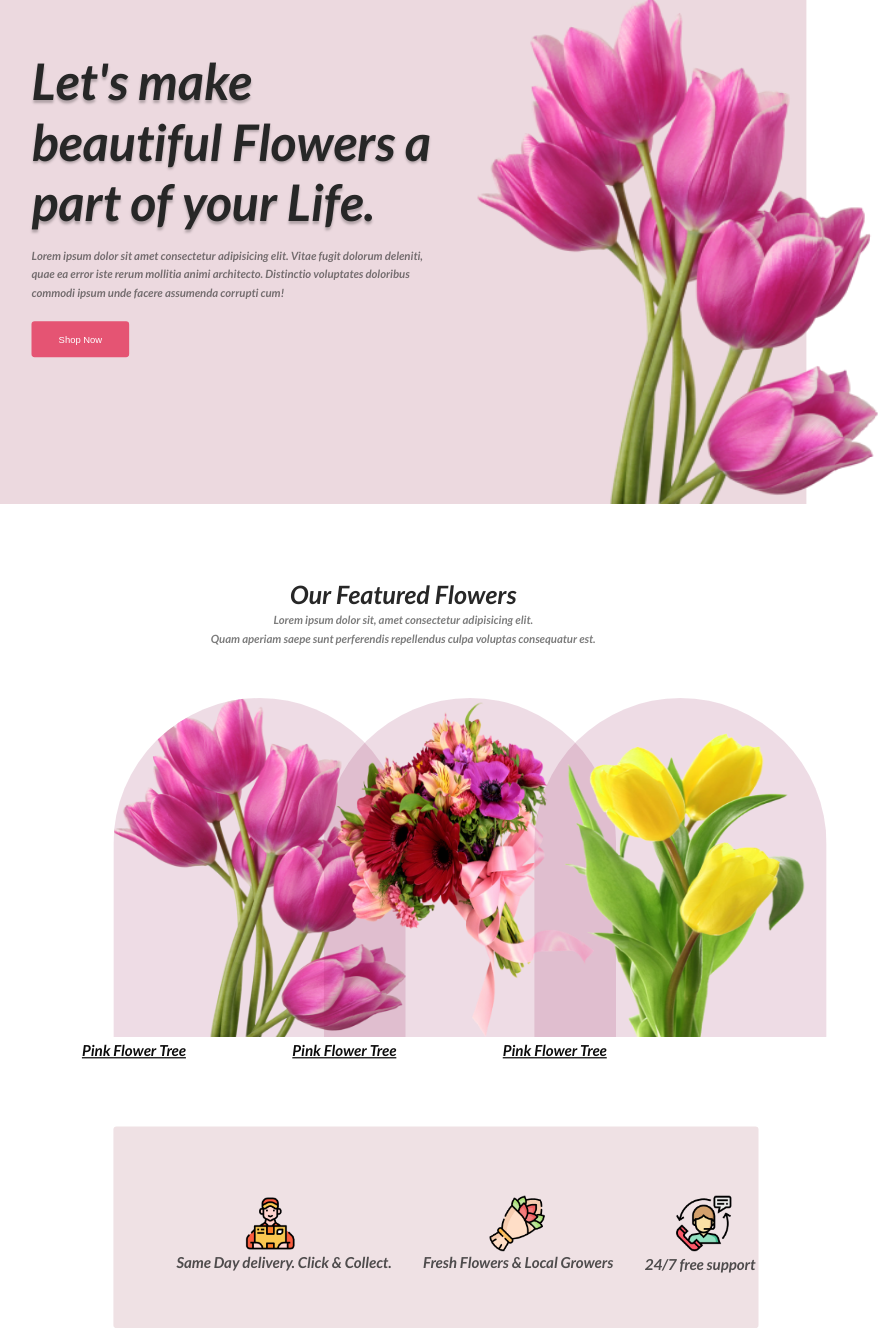
Repository: AnitaAkter/anita-flower-shop
Page: index.html
An editor plug-in stored every save of this project. The page is shown before and after the next save, followed by the edit.
The browser window is 1280 px wide. The page is 1393 px wide, so the pictures cover 1393 px, including what lies to the right of the window. The pictures show the whole page, at 63% of full size.

Above is the page before, as saved 2023-09-05 22:22:21.

After the next save:
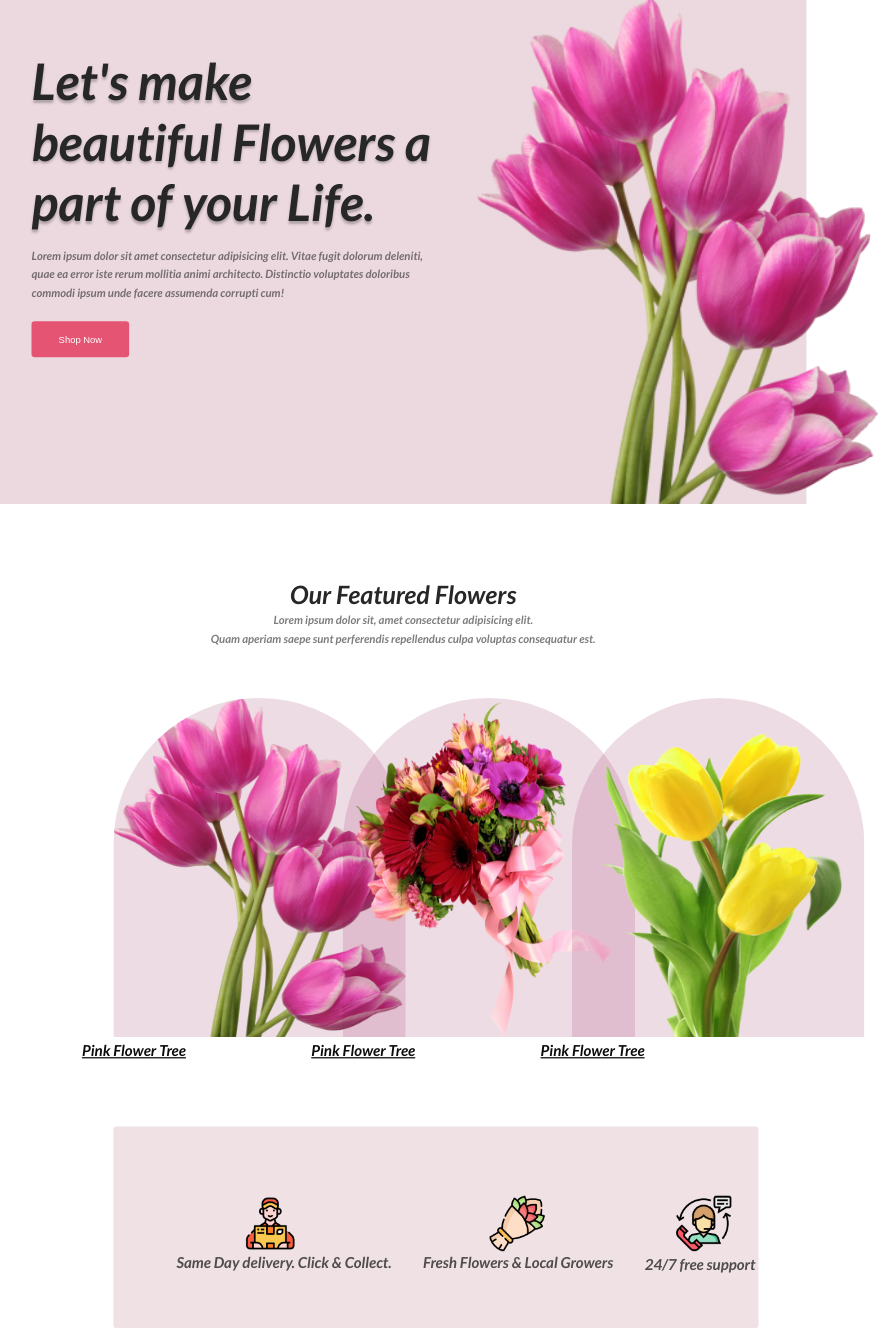
Saved 4 s later.
--- a/style.css
+++ b/style.css
@@ -131,7 +131,7 @@ header {
 .flowers-img {
     display: flex;
     align-items: center;
-    gap: 24px;
+    gap: 54px;
 
 }
 
